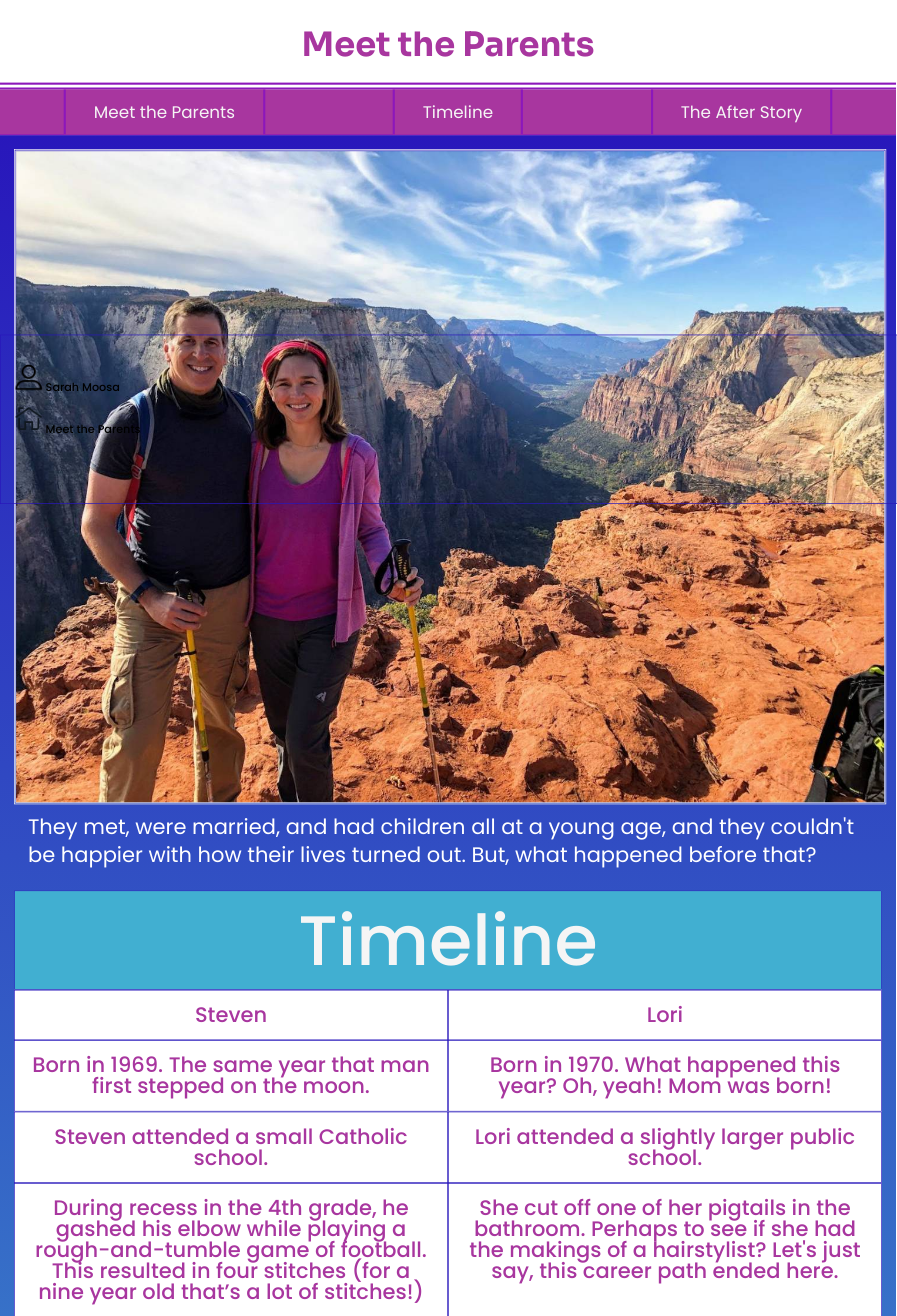
Repository: Sbethm/parents-tribute
Page: timeline.html
An editor plug-in stored every save of this project. The page is shown before and after a run of saves, followed by the edit.
The browser window is 1280 px wide. The page is 1282 px wide, so the pictures cover 1282 px, including what lies to the right of the window. The pictures show the part of the page from y = 0 to 1880 px (the page is 3038 px tall before and 2998 px after), at 70% of full size.

Above is the page before, as saved 2021-02-11 18:39:42.

### timeline.html
<!DOCTYPE html>
<html>
    <head>
      <meta charset="UTF-8">
      <title>Meet the Parents</title>
      <meta name="description" content="A choose your own story adventure game">
      <meta name="viewport" content="width=device-width, initial-scale=1.0">
      <link rel="preconnect" href="https://fonts.gstatic.com">
      <link href="https://fonts.googleapis.com/css2?family=Poppins:ital,wght@0,400;0,500;0,600;0,700;0,800;0,900;1,400;1,500;1,600;1,700;1,800;1,900&family=Sora:wght@400;500;600;700;800&display=swap" rel="stylesheet"> <!--
        This is used for headings:
        font-family: 'Sora', sans-serif;
        This is used for content:
        font-family: 'Poppins', sans-serif;-->
      <link href="style.css" type="text/css" rel="stylesheet">
    </head>

    <body>

      <header>
        <h1>Meet the Parents</h1>
        <nav class="navigation">
          <a href="index.html">Meet the Parents</a>
          <a href="timeline.html">Timeline</a>
          <a href="aftermarriage.html">The After Story</a>
          </nav>
      </header>
      <main>
        <section>
            <img class="img-hiking"src="img/hiking.jpg" alt="Mom and dad enjoying a hike.">
            <p>They met, were married, and had children all at a young age, and they couldn't be happier with how their lives turned out. But, what happened before that?</p>
        </section>
        <div class="grid">
            <div class="grid-box tl">Timeline</div>
            <div class="grid-box dad">Steven</div>
            <div class="grid-box mom">Lori</div>
            <!---------Dad's Grid Boxes---------->
            <div class="grid-box f-1">Born in 1969. The same year that man  first stepped on the moon.</div>
            <div class="grid-box f-2">Steven attended a small Catholic school.</div>
            <div class="grid-box f-3">During recess in the 4th grade, he gashed his elbow while playing a rough-and-tumble game of football. This resulted in four stitches (for a nine year old that’s a lot of stitches!)</div>
            <div class="grid-box f-4">When he was thirteen, he camped in the backyard and stayed up all night.</div>
            <div class="grid-box f-5">He ran his first high school track meet, the 100 yard dash, and won third place. For the first track meet, that's not too shabby!</div>
            <div class="grid-box f-6">He was in a car accident, "not his fault", which lead to more stitches but this time in his forehead. Because of this, he had to sit out his senior year homecoming football game.</div>
            <div class="grid-box f-7">Having the lead role as Jesus during my high school senior year. It was the first annual Easter Passion play the school performed.</div>
            <div class="grid-box f-8">I remember a dream I had where I met a beautiful girl, at a homecoming dance, who I eventually married and we had two terrific kids who eventually married and gave me two more kids to enjoy time with.</div>
            <!---------Mom's Grid Boxes---------->
            <div class="grid-box m-1">Born in 1970. What happened this year? Oh, yeah! Mom was born!</div>
            <div class="grid-box m-2">Lori attended a slightly larger public school.</div>
            <div class="grid-box m-3">She cut off one of her pigtails in the bathroom. Perhaps to see if she had the makings of a hairstylist? Let's just say, this career path ended here.</div>
            <div class="grid-box m-4">She had skied half of a bunny slope when she realized this daredevil sport wasn't for her.</div>
            <div class="grid-box m-5">She performed the lead role in a junior high school play.</div>
            <div class="grid-box m-6">After a white knuckled horse ride in the Appalachians, she discovered that she was not meant to lead a life of adventure</div>
            <div class="grid-box m-7">made camps with her cousins in the Ritchie woods.</div>
            <div class="grid-box m-8">made camps with her cousins in the Ritchie woods.</div>
            <!--------After They Met Boxes------->
            <div class="grid-box fm-1">Met in ____ when Steven was 21 and Lori was 19 years old.</div>
            <div class="grid-box fm-2">At the age of 21, Lori gave birth to Sarah (me!).</div>
            <div class="grid-box fm-3">One year later (obviously not satisfied with their first child) Lori and Steven had their second child, a son named John.</div>
        </div>
      </main>
      <footer>
        <img class="icon" src="img/profile_icon.png" alt="profile icon">
        Sarah Moosa
        <br><br>
        <img class="icon" src="img/home_icon.png" alt="home icon">
        Meet the Parents
      </footer>
    </body>

</html>

### style.css
/*
html5doctor.com Reset Stylesheet
v1.6.1
Last Updated: 2010-09-17
Author: Richard Clark - http://richclarkdesign.com
Twitter: @rich_clark
*/

html, body, div, span, object, iframe,
h1, h2, h3, h4, h5, h6, p, blockquote, pre,
abbr, address, cite, code,
del, dfn, em, img, ins, kbd, q, samp,
small, strong, sub, sup, var,
b, i,
dl, dt, dd, ol, ul, li,
fieldset, form, label, legend,
table, caption, tbody, tfoot, thead, tr, th, td,
article, aside, canvas, details, figcaption, figure,
footer, header, hgroup, menu, nav, section, summary,
time, mark, audio, video {
    margin:0;
    padding:0;
    border:0;
    outline:0;
    font-size:100%;
    vertical-align:baseline;
    background:transparent;
}

body {
    line-height:1;
}

article,aside,details,figcaption,figure,
footer,header,hgroup,menu,nav,section {
    display:block;
}

nav ul {
    list-style:none;
}

blockquote, q {
    quotes:none;
}

blockquote:before, blockquote:after,
q:before, q:after {
    content:'';
    content:none;
}

a {
    margin:0;
    padding:0;
    font-size:100%;
    vertical-align:baseline;
    background:transparent;
}

/* change colours to suit your needs */
ins {
    background-color:#ff9;
    color:#000;
    text-decoration:none;
}

/* change colours to suit your needs */
mark {
    background-color:#ff9;
    color:#000;
    font-style:italic;
    font-weight:bold;
}

del {
    text-decoration: line-through;
}

abbr[title], dfn[title] {
    border-bottom:1px dotted;
    cursor:help;
}

table {
    border-collapse:collapse;
    border-spacing:0;
}

/* change border colour to suit your needs */
hr {
    display:block;
    height:1px;
    border:0;
    border-top:1px solid #cccccc;
    margin:1em 0;
    padding:0;
}

input, select {
    vertical-align:middle;
}

/* MY CODE BELOW */

body {
    width: 100vw;
}

main {
    width: calc(100vw - 40px);
    height: 100%;
    padding: 20px 20px;
    background-color: rgb(255, 255, 255);
}

header {
    width: 100vw;
    padding-top: 40px;
    color: rgb(168, 54, 159);
    background-color: rgb(255, 255, 255);
    display: flex;
    flex-direction: column;
    justify-content: center;
}

h1 {
    width: 100%;
    font-family: 'Sora', sans-serif;
    font-size: 3em;
    font-weight: 700;
    text-align: center;
    border-bottom: double 10px rgb(140, 23, 187);
    padding-bottom: 30px;
}

.navigation {
    width: 100%;
    background-color: rgb(168, 54, 159);
    text-align: center;
    border-bottom: solid 1px rgb(140, 23, 187);
    display: flex;
    flex-direction: row;
    justify-content: space-around;
}

a {
    padding: 20px 7px;
    background-color: rgb(168, 54, 159);
    font-family: 'Poppins', sans-serif;
    font-size: 1em;
    color: whitesmoke;
    text-decoration: none;
    border-left: solid 1px rgb(140, 23, 187);
    border-right: solid 1px rgb(140, 23, 187);
}

a:hover {
    background-color: wheat;
}

section {
    width: 100%;
    background-color: rgb(65, 175, 209);
    border: solid 1px rgb(40, 23, 187);
}

h2 {
    max-width: 100%;
    padding: 10px 20px;
    font-family: 'Sora', sans-serif;
    font-size: 1.5em;
    font-weight: 600;
    color: rgb(168, 54, 159);
}

.disney-adventure__img,
.img-sitting,
.img-hiking {
    max-width: 100%;
    height: auto;
    justify-content: center;
    align-content: center;
    border-top: solid 3px whitesmoke;
    border-bottom: solid 3px whitesmoke;
}

p {
    padding: 10px 20px;
    font-family: 'Poppins', sans-serif;
    font-size: 1em;
    line-height: 20px;
    color: rgb(255, 255, 255);
}

.grid {
    display: grid;
    margin: 20px 0;
    grid-template-columns: 1fr 1fr;
    grid-template-rows: repeat(13, fit-content);
    grid-template-areas:
        "tl tl"
        "dad mom"
        "f-1 m-1"
        "f-2 m-2"
        "f-3 m-3"
        "f-4 m-4"
        "f-5 m-5"
        "f-6 m-6"
        "f-7 m-7"
        "f-8 m-8"
        "fm-1 fm-1"
        "fm-2 fm-2"
        "fm-3 fm-3";
}

.grid-box {
    border: solid 1px rgb(40, 23, 187);
    background-color: rgb(255, 255, 255);
    padding: 5px;
    color: rgb(168, 54, 159);
    text-align: center;
    font-family: 'Poppins', sans-serif;
    font-weight: 500;
    font-size: 1em;
}

.tl {
    grid-area: tl;
    font-size: 1.5em;
    font-weight: 500;
    color: whitesmoke;
    background-color: rgb(65, 175, 209);
}
.dad {
    grid-area: dad;
}

.mom {
    grid-area: mom;
}

.f-1 {
    grid-area: f-1;
}

.f-2 {
    grid-area: f-2;

}

.f-3 {
    grid-area: f-3;

}

.f-4 {
    grid-area: f-4;

}

.f-5 {
    grid-area: f-5;

}

.f-6 {
    grid-area: f-6;

}

.f-7 {
    grid-area: f-7;

}

.f-8 {
    grid-area: f-8;

}

.m-1 {
    grid-area: m-1;
}

.m-2 {
    grid-area: m-2;
}

.m-3 {
    grid-area: m-3;
}

.m-4 {
    grid-area: m-4;
}

.m-5 {
    grid-area: m-5;
}

.m-6 {
    grid-area: m-6;
}

.m-7 {
    grid-area: m-7;
}

.m-8 {
    grid-area: m-8;
}

.fm-1 {
    grid-area: fm-1;
}

.fm-2 {
    grid-area: fm-2;
}

.fm-3 {
    grid-area: fm-3;
}

footer {
    width: calc(100vw - 40px);
    height: 100px;
    padding: 40px 20px 0 20px;
    position: relative;
    bottom: 0;
    font-family: 'Poppins', sans-serif;
    font-size: 1em;
    font-weight: 500;
    border: solid 1px rgb(40, 23, 187);
}

.icon {
    width: 20px;
    height: auto;
}


@media screen and (min-width: 700px) and (max-width: 1500px) {

    main {
        display: ;
        background-image: linear-gradient(180deg, rgb(40, 23, 187), rgb(65, 175, 209));
    }

    a {
        padding: 20px 40px;
        font-size: 1.5em;
        border-left: solid 3px rgb(140, 23, 187);
        border-right: solid 3px rgb(140, 23, 187);
    }

    p {
        padding: 0;
        font-family: 'Poppins', sans-serif;
        font-size: 0.25em;
        line-height: 20px;
        color: rgb(255, 255, 255);
    }

    section {
        width: 100%;
        background-color: rgb(40, 23, 187, 0);
        border: none;
    }

    .section__intro {
        display: grid;
        grid-template-columns: 50% 50%;
        grid-template-rows: 100px 400px;
        grid-template-areas:
            "title p1"
            "picture p2";
    }

    section h2 {
        grid-area: title;
        align-self: center;
        justify-self: center;
    }

    h2 {
        font-size: 2.5em;
        color: rgb(243, 101, 231);
    }

    .img-sitting {
        max-height: 360px;
        margin-bottom: 20px;
        border: double 3px whitesmoke;
        grid-area: picture;
        justify-self: center;
        align-self: center;
    }

    .p1 {
        align-self: flex-start;
        grid-area: p2;
        font-size: 1.5em;
        padding-left: 40px;
    }

    .p2 {
        align-self: flex-end;
        grid-area: p2;
        font-size: 1.5em;
        padding-left: 40px;
        padding-bottom: 30px;
    }

    p {
        padding: 10px 20px;
        font-family: 'Poppins', sans-serif;
        font-size: 30px;
        line-height: 40px;
        color: rgb(255, 255, 255);
    }

/*TIMELINE CODE*/

.img-hiking {
    border: double 3px whitesmoke;
}

    .grid {
        display: grid;
        margin: 20px 0;
        grid-template-columns: 1fr 1fr;
        grid-template-rows: repeat(13, fit-content);
        grid-template-areas:
            "tl tl"
            "dad mom"
            "f-1 m-1"
            "f-2 m-2"
            "f-3 m-3"
            "f-4 m-4"
            "f-5 m-5"
            "f-6 m-6"
            "f-7 m-7"
            "f-8 m-8"
            "fm-1 fm-1"
            "fm-2 fm-2"
            "fm-3 fm-3";
    }

    .grid-box {
        border: solid 1px rgb(40, 23, 187);
        background-color: rgb(255, 255, 255);
        padding: 20px;
        color: rgb(168, 54, 159);
        text-align: center;
        font-family: 'Poppins', sans-serif;
        font-weight: 500;
        font-size: 30px;
    }

    .tl {
        grid-area: tl;
        font-size: 100px;
        font-weight: 500;
        color: whitesmoke;
        background-color: rgb(65, 175, 209);
    }
    .dad {
        grid-area: dad;
    }

    .mom {
        grid-area: mom;
    }

    .f-1 {
        grid-area: f-1;
    }

    .f-2 {
        grid-area: f-2;

    }

    .f-3 {
        grid-area: f-3;

    }

    .f-4 {
        grid-area: f-4;

    }

    .f-5 {
        grid-area: f-5;

    }

    .f-6 {
        grid-area: f-6;

    }

    .f-7 {
        grid-area: f-7;

    }

    .f-8 {
        grid-area: f-8;

    }

    .m-1 {
        grid-area: m-1;
    }

    .m-2 {
        grid-area: m-2;
    }

    .m-3 {
        grid-area: m-3;
    }

    .m-4 {
        grid-area: m-4;
    }

    .m-5 {
        grid-area: m-5;
    }

    .m-6 {
        grid-area: m-6;
    }

    .m-7 {
        grid-area: m-7;
    }

    .m-8 {
        grid-area: m-8;
    }

    .fm-1 {
        grid-area: fm-1;
    }

    .fm-2 {
        grid-area: fm-2;
    }

    .fm-3 {
        grid-area: fm-3;
    }

    footer {
        width: calc(100vw - 40px);
        height: 200px;
        padding: 40px 20px 0 20px;
        position: absolute;
        bottom: 0;
        font-family: 'Poppins', sans-serif;
        font-size: 1em;
        font-weight: 500;
        border: solid 1px rgb(40, 23, 187);
    }

    .icon {
        width: 40px;
        height: auto;
    }
}

/*@media only screen and (min-width: 900px) {
}*/

After the next 4 saves:
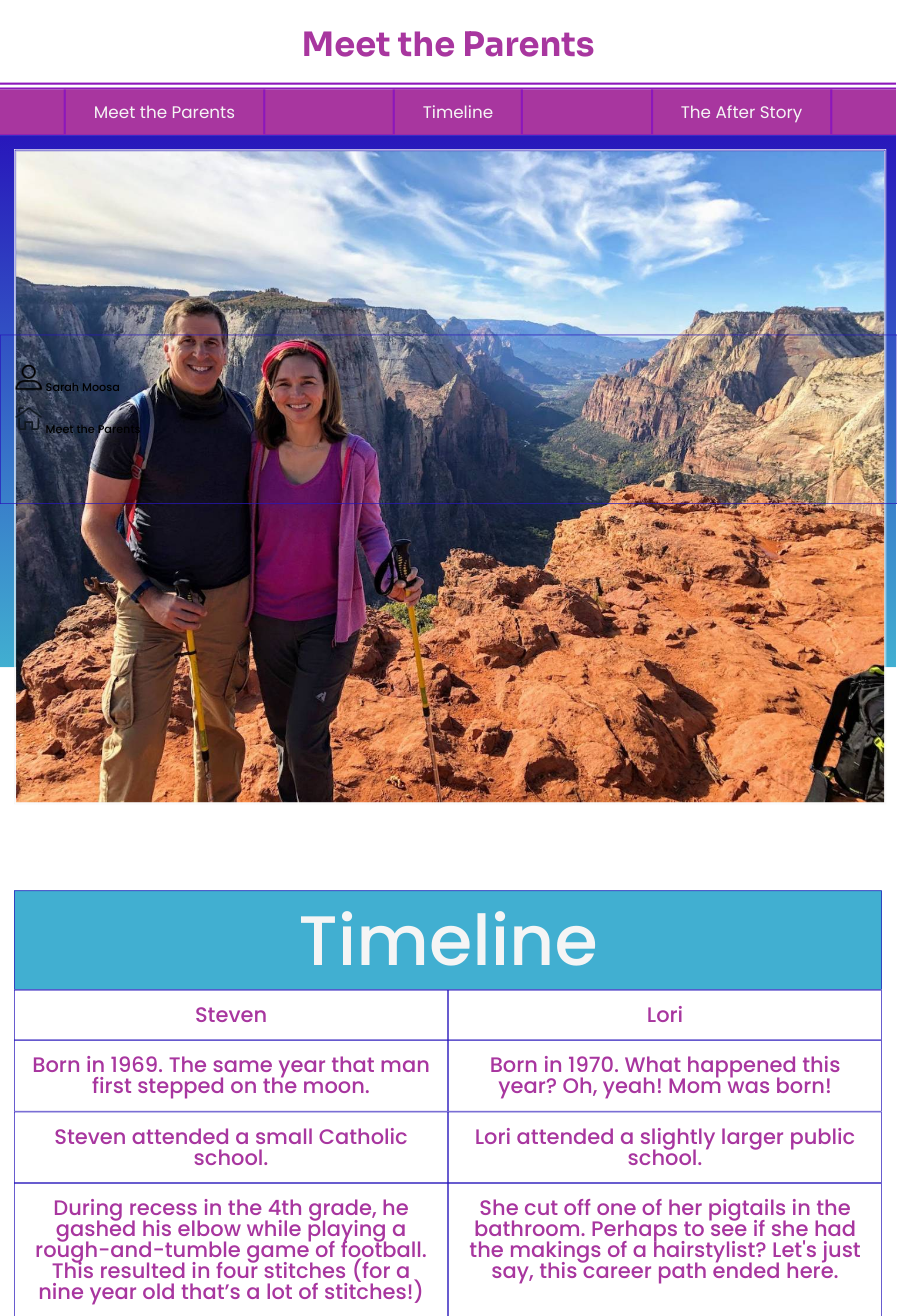
The 4 saves are shown as one change because they came seconds apart.
The last was saved 16 s later.
--- a/style.css
+++ b/style.css
@@ -344,7 +344,7 @@
 @media screen and (min-width: 700px) and (max-width: 1500px) {
 
     main {
-        display: ;
+        position: absolute;
         background-image: linear-gradient(180deg, rgb(40, 23, 187), rgb(65, 175, 209));
     }
 

After the save that followed:
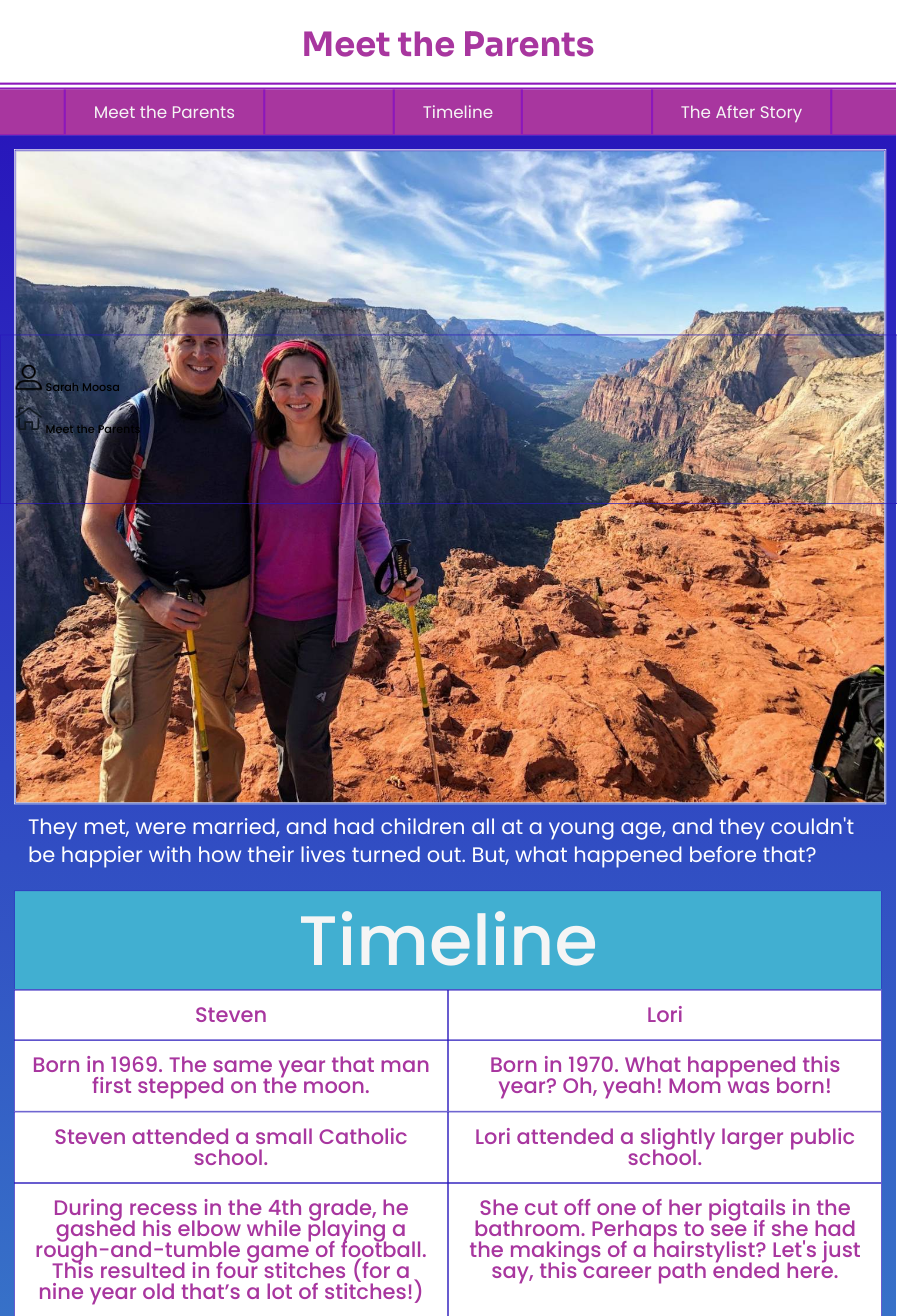
Saved 46 s later.
--- a/style.css
+++ b/style.css
@@ -344,7 +344,7 @@
 @media screen and (min-width: 700px) and (max-width: 1500px) {
 
     main {
-        position: absolute;
+
         background-image: linear-gradient(180deg, rgb(40, 23, 187), rgb(65, 175, 209));
     }
 
